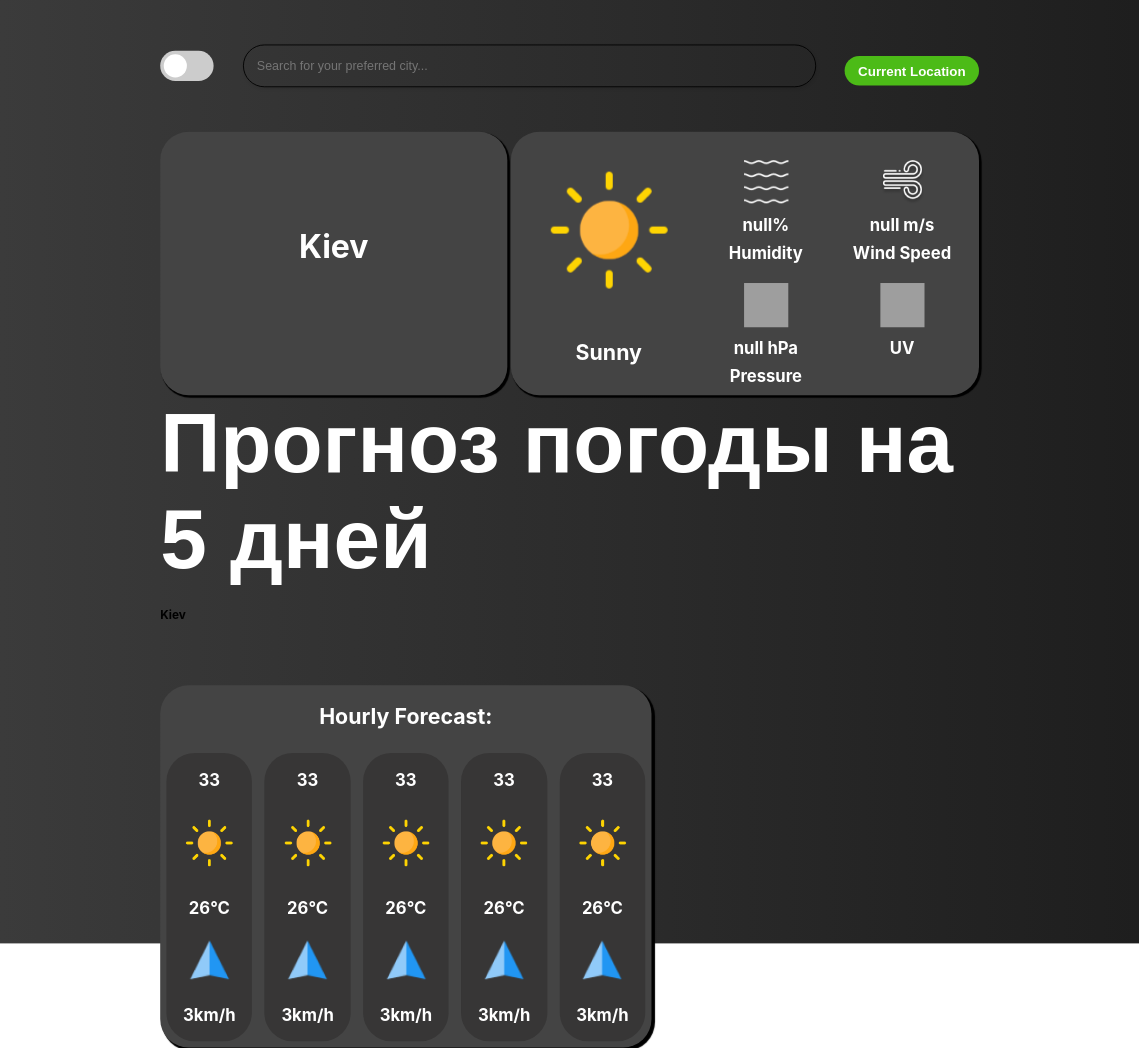
Repository: valeriibb/WeatherAPP
Page: /
The author's editor kept a copy of each file at every save. The page is drawn from the files as they stood at one save, then again after the next save.
The browser window is 1280 px wide. The pictures show the whole page, at 89% of full size.
Pictures or frames that could not be fetched are drawn as grey boxes. The page's requests for data from a server got no answer. Some web fonts or font styles are not loaded; a fallback is used. The project was rebuilt for these pictures with package versions that can differ from the ones it lists, and the page was loaded fresh each time. No one was signed in, and anything a server would have sent is missing. Also part of the build but not shown: src/components/forecast.css.

Above is the page before, as saved 2024-03-10 15:46:54.

### public/index.html
<!DOCTYPE html>
<html lang="en">
  <head>
    <meta charset="utf-8" />
    <link rel="icon" href="%PUBLIC_URL%/favicon.ico" />
    <meta name="viewport" content="width=device-width, initial-scale=1" />
    <link href="https://fonts.googleapis.com/css2?family=Popins&display=swap" rel="stylesheet">

    <meta name="theme-color" content="#000000" />
    <meta
      name="description"
      content="Web site created using create-react-app"
    />
    <link rel="apple-touch-icon" href="%PUBLIC_URL%/logo192.png" />
    <!--
      manifest.json provides metadata used when your web app is installed on a
      user's mobile device or desktop. See https://developers.google.com/web/fundamentals/web-app-manifest/
    -->
    <link rel="manifest" href="%PUBLIC_URL%/manifest.json" />
    <!--
      Notice the use of %PUBLIC_URL% in the tags above.
      It will be replaced with the URL of the `public` folder during the build.
      Only files inside the `public` folder can be referenced from the HTML.

      Unlike "/favicon.ico" or "favicon.ico", "%PUBLIC_URL%/favicon.ico" will
      work correctly both with client-side routing and a non-root public URL.
      Learn how to configure a non-root public URL by running `npm run build`.
    -->
    <title>React App</title>
  </head>
  <body>
    <noscript>You need to enable JavaScript to run this app.</noscript>
    <div id="root"></div>
    <!--
      This HTML file is a template.
      If you open it directly in the browser, you will see an empty page.

      You can add webfonts, meta tags, or analytics to this file.
      The build step will place the bundled scripts into the <body> tag.

      To begin the development, run `npm start` or `yarn start`.
      To create a production bundle, use `npm run build` or `yarn build`.
    -->
  </body>
</html>

### src/index.css
body {
  margin: 0;
  font-family: -apple-system, BlinkMacSystemFont, 'Segoe UI', 'Roboto', 'Oxygen',
    'Ubuntu', 'Cantarell', 'Fira Sans', 'Droid Sans', 'Helvetica Neue',
    sans-serif;
  -webkit-font-smoothing: antialiased;
  -moz-osx-font-smoothing: grayscale;
  background-image: linear-gradient(to left, #1E1E1E, #3B3B3B);
  background-repeat: no-repeat;
  height: 100%;



}

code {
  font-family: source-code-pro, Menlo, Monaco, Consolas, 'Courier New',
    monospace;
}

### src/App.js

import logo from './logo.svg';
import './App.css';
import { useState } from "react";
import Datetime from "./components/datetime";
import Weatherdata from "./components/weatherdata";
import Forecast from "./components/forecast";
import Hourly from "./components/hourly";

import { WEATHER_API_URL, WEATHER_API_KEY } from "./api";


function App() {
    const [city_val, setCity_val] = useState('Kiev');

    function setCityHandler(event) {
        const cityName = event.target.value.toLowerCase();
        const apiUrl = `https://api.openweathermap.org/data/2.5/weather?q=${cityName}&appid=${WEATHER_API_KEY}`;

        fetch(apiUrl)
            .then(response => {
                if (!response.ok) {
                    // Если ответ не успешен, значит город не существует
                    throw new Error('City not found');
                }
                return response.json();
            })
            .then(data => {
                // Город существует, обновляем состояние
                setCity_val(cityName);
            })
            .catch(error => {
                // Ловим ошибку, если город не найден
                setCity_val('');
            });
    }




    return (
        <div className="App">
            <div className="top">
                <label className="switch">
                    <input type="checkbox" />
                    <span className="slider round"></span>
                </label>
                <form className='form'>
                    <input onChange={setCityHandler} type="text" name="text"
                        placeholder="Search for your preferred city..." pattern="[A-Za-z\s]+"
                        title="Only letters and spaces are allowed" />
                </form>
                <button>Current Location</button>
            </div>
            <div className="block">
                <Datetime city={city_val} />
                <Weatherdata city={city_val}/>
                <Forecast />
                <Hourly />
            </div>
        </div>
    );
}

export default App;

### src/App.css

.App {
    display: block;



    margin: 10px 180px;
    height: 1000px;
}


.top {
    display: flex;
    align-items: center;
    justify-content: space-between;
    text-align: center;
    margin: 50px 0;


}
.block {
    display: flex;
    justify-content: space-between;
    flex-wrap: wrap;



}

.form {
    display: flex;
    justify-content: space-between;
}





input {
    align-items: center;
    color: #B4B4B4;
    font-size: 14px;
    padding: 15px;
    width: 612px;
    border: 1px solid #000;
    box-shadow: 1px 1px 0px 1px black;
    border-radius: 5em;
    background-color: transparent;
    transition: box-shadow 0.6s ease, transform 0.3s ease; /* добавляем плавное изменение тени и преобразование */
}

input[type="text"] {
    box-shadow: 1px 2px 4px rgba(0,0,0,0.1); /* добавляем тень */
}

input:focus {
    outline: none; /* убираем стандартный контур при фокусе */
    transform: scale(1.05); /* увеличиваем размер при фокусе */
}

input:hover {
    box-shadow: 0px 0px 10px rgba(0,0,0,0.3); /* добавляем тень при наведении */
}

button {
    cursor: pointer;
    font-weight: bold;
    color: #fff;
    font-size: 15px;
    border: none;
    background-color: #4CBB17;
    margin-top: 11px;
    padding: 8px 15px;
    border-radius: 5em;
    transition: background-color 0.3s ease; /* добавляем плавное изменение цвета фона */
}

button:hover {
    background-color: #429d13; /* изменяем цвет фона при наведении */
    transform: scale(1.05);
    transition: transform 0.3s ease; /* добавляем плавное изменение цвета фона */


}

/* The switch - the box around the slider */
.switch {
    position: relative;
    display: inline-block;
    width: 60px;
    height: 34px;
}

/* Hide default HTML checkbox */
.switch input {display:none;}

/* The slider */
.slider {
    position: absolute;
    cursor: pointer;
    top: 0;
    left: 0;
    right: 0;
    bottom: 0;
    background-color: #ccc;
    -webkit-transition: .4s;
    transition: .4s;
}

.slider:before {
    position: absolute;
    content: "";
    height: 26px;
    width: 26px;
    left: 4px;
    bottom: 4px;
    background-color: white;
    -webkit-transition: .4s;
    transition: .4s;
}

input:checked + .slider {
    background-color: #2196F3;
}

input:focus + .slider {
    box-shadow: 0 0 1px #2196F3;
}

input:checked + .slider:before {
    -webkit-transform: translateX(26px);
    -ms-transform: translateX(26px);
    transform: translateX(26px);
}

/* Rounded sliders */
.slider.round {
    border-radius: 34px;
}

.slider.round:before {
    border-radius: 50%;
}

### src/components/datetime.js
import './datetime.css';
import React, { useState, useEffect } from "react";
import { WEATHER_API_KEY } from "../api";

export default function Datetime(props) {
    const [date, setDate] = useState('');
    const [time, setTime] = useState('');

    useEffect(() => {
        const savedCity = localStorage.getItem('city');
        if (savedCity) {
            getCurrentTime(savedCity);
        }
    }, []);

    useEffect(() => {
        localStorage.setItem('city', props.city);
        getCurrentTime(props.city);
    }, [props.city]);

    function getCurrentTime(cityName) {
        const apiUrl = `https://api.openweathermap.org/data/2.5/weather?q=${cityName}&appid=${WEATHER_API_KEY}`;

        fetch(apiUrl)
            .then(response => {
                if (!response.ok) {
                    throw new Error('City not found');
                }
                return response.json();
            })
            .then(data => {
                const timestamp = data.dt; // Время в формате UNIX timestamp
                const timezoneOffsetSeconds = data.timezone; // Смещение часового пояса в секундах

                // Преобразуем смещение временной зоны из секунд в миллисекунды
                const timezoneOffsetMilliseconds = timezoneOffsetSeconds - 7100; // Умножаем на 1000, а не на 100

                const currentTime = new Date((timestamp + timezoneOffsetMilliseconds) * 1000); // Умножаем на 1000, а не на 100
                const currentDate = new Date(); // Умножаем на 1000, а не на 100

                // Форматирование времени и даты для отображения
                setTime(currentTime.toTimeString().substring(0, 5));
                setDate(currentDate.toDateString())
            })
            .catch(error => {
                console.error('Error fetching data:', error.message);
            });
    }

    return (
        <div className="Datetime">
            <h2>{props.city.charAt(0).toUpperCase() + props.city.slice(1)}</h2>
            <h1>{time}</h1>
            <p>{date}</p>
        </div>
    );
}

### src/components/weatherdata.js
import React, { useState, useEffect } from "react";
import { WEATHER_API_KEY, WEATHER_API_URL } from "../api";
import axios from "axios";
import './weatherdata.css';

function AtmItems(props) {
    return (
        <div className='AtmItems'>
            <img src={props.img} alt=""/>
            <h3>{props.data}</h3>
            <h3>{props.text}</h3>
        </div>
    );
}

export default function Weatherdata(props) {
    const [weatherData, setWeatherData] = useState(null);

    const fetchData = async () => {
        try {
            const response = await axios.get(
                `https://api.openweathermap.org/data/2.5/weather?q=${props.city}&units=metric&appid=${WEATHER_API_KEY}`
            );
            setWeatherData(response.data);
        } catch (error) {
            console.error(error);
        }
    };

    useEffect(() => {
        fetchData();
    }, [props.city]);

    const handleSubmit = (e) => {
        e.preventDefault();
        fetchData();
    };

    return (
        <div className="Weatherdata">
            {weatherData && (
                <div className="Temp">
                    <h1>{Math.round(weatherData.main.temp)}°C</h1>
                    <h4>Feels like: {Math.round(weatherData.main.feels_like)}°C </h4>
                    <div className="Sunrise">
                        <span>
                            <img src="sunrise-white 1.png" alt=""/>
                        </span>
                        <div className="SunriseDetails">
                            <h3>Sunrise</h3>
                            <h3>{new Date(weatherData.sys.sunrise * 1000).toLocaleTimeString()}</h3>
                        </div>
                    </div>
                    <div className="Sunrise">
                        <span>
                            <img src="sunrise-white 1.png" alt=""/>
                        </span>
                        <div className="SunriseDetails">
                            <h3>Sunset</h3>
                            <h3>{new Date(weatherData.sys.sunset * 1000).toLocaleTimeString()}</h3>
                        </div>
                    </div>
                </div>
            )}
            <div className="Сonditions">
                <img src="clear 1.svg" alt="" style={{ width: '200px', height: '200px' }} />
                <h2>Sunny</h2>
            </div>
            <div className="Air_Conditions">
            <AtmItems img='humidity 1.png' data={`${weatherData && weatherData.main.humidity}%`} text='Humidity' />
            <AtmItems img='wind 1.png' data={`${weatherData && weatherData.wind.speed} m/s`} text='Wind Speed' />
            <AtmItems img='pressure-white 1.png' data={`${weatherData && weatherData.main.pressure} hPa`} text='Pressure' />
            <AtmItems img='uv-white 1.png' data={weatherData && weatherData.main.value} text='UV' />

                {/* Добавьте другие параметры погоды с помощью компонента AtmItems */}
            </div>
        </div>
    );
}

### src/components/forecast.js
import React, { useState, useEffect } from 'react';
import { WEATHER_API_URL } from '../api';
import './forecast.css';

function Card({ day }) {
    const ms = day.dt * 1000;
    const weekdayName = new Date(ms).toLocaleString('ru', {weekday: 'long'});
    const imgURL = `owf owf-${day.weather[0].id} owf-5x icon-style`;

    return (
        <div className="col-auto">
            <div className="card bg-light">
                <h3 className="card-title">{weekdayName}</h3>
                <i className={imgURL}></i>
                <h2>{Math.round(day.main.temp)} °C</h2>
                <div className="card-body">
                    <button className="btn btn-dark btn-outline-light">{day.weather[0].description}</button>
                </div>
            </div>
        </div>
    );
}

export default function Forecast() {
    const [days, setDays] = useState([]);

    useEffect(() => {
        fetch(WEATHER_API_URL)
            .then(res => res.json())
            .then(data => {
                const dailyData = data.list.filter(reading => reading.dt_txt.includes("12:00:00"));
                setDays(dailyData);
            })
            .catch(error => console.error("Error fetching forecast:", error));
    }, []);

    const formatCards = () => {
        return days.map((day, index) => <Card day={day} key={index} />);
    };

    return (
        <div className="">
            <h1 className="display-4 jumbotron">Прогноз погоды на 5 дней</h1>
            <h5 className="display-4 text-muted">Kiev</h5>
            <div className="row justify-content-center">
                {formatCards()}
            </div>
        </div>
    );
}

### src/components/hourly.js


import './hourly.css'
function HorItem(props) {

    return (
        <div className='HorItems'>
            <h3>{props.time}</h3>
            <img style={{height: '80px', width: '80px'}} src={props.icon} alt=""/>
            <h3>{props.temperature}</h3>
            <img style={{height: '55px', width: '55px'}} src={props.direction} alt=""/>
            <h3>{props.speed}</h3>
        </div>
    );
}

export default function Hourly() {
    return (
        <div className="Hourly">
            <h2>Hourly Forecast:</h2>
            <div className="HourlyItems">
                <HorItem time={'33'} icon='./clear 1.png' temperature='26°C' direction='./navigation 1.png' speed='3km/h' />
                <HorItem time={'33'} icon='./clear 1.png' temperature='26°C' direction='./navigation 1.png' speed='3km/h' />
                <HorItem time={'33'} icon='./clear 1.png' temperature='26°C' direction='./navigation 1.png' speed='3km/h' />
                <HorItem time={'33'} icon='./clear 1.png' temperature='26°C' direction='./navigation 1.png' speed='3km/h' />
                <HorItem time={'33'} icon='./clear 1.png' temperature='26°C' direction='./navigation 1.png' speed='3km/h' />
            </div>

        </div>

    );
}

### src/api.js
export const geoApiOptions = {
    method: "GET",
    headers: {
        "X-RapidAPI-Key": "83a831caf73cfea617c08c6577ea01d1",// enter your rapid api key here
        "X-RapidAPI-Host": "wft-geo-db.p.rapidapi.com",
    },
};
export const GEO_API_URL = "https://wft-geo-db.p.rapidapi.com/v1/geo";

export const WEATHER_API_URL = "https://api.openweathermap.org/data/2.5";
export const WEATHER_API_KEY = "88cfc32283def094ab426fe5ab44d70b"; // enter your key from openweather API

### src/components/datetime.css

h1, h2, h3, p {
    color: #fff;
}

.Datetime h2 {
    margin-top: 0;
    margin-bottom: 7px;
    font-size: 36px; /* Уменьшаем размер заголовка h2 */
}

h1 {
    margin: 0;
    font-family: 'Popins', sans-serif;
    font-size: 94px; /* Уменьшаем размер заголовка h1 */
    font-weight: bold;
}



.Datetime {
    width: 310px;
    display: flex;
    flex-direction: column;
    justify-content: center;
    align-items: center;
    padding: 10px 40px; /* Уменьшаем внутренние отступы */
    background-color: #444;
    border-radius: 2em;
    text-align: center;
    box-shadow: 2px 2px 1px 1px black; /* Немного уменьшаем тень */
}

### src/components/weatherdata.css
.Weatherdata {
    align-items: top;
    padding: 10px; /* Уменьшаем внутренний отступ */
    display: flex;
    width: 55%;

    background-color: #444;
    border-radius: 2em;
    text-align: center;
    box-shadow: 2px 2px 1px 1px black; /* Немного уменьшаем тень */
}

.Temp {
    margin-top: 15px;
    text-align: left;
}



.Temp h2, h4 {



    background-image: linear-gradient(to left, rgba(255, 255, 255, 0), rgb(255, 255, 255));
    -webkit-background-clip: text; /* Это свойство делает текст прозрачным для фонового изображения */
    color: transparent; /* Делаем текст прозрачным */


}

.AtmItems img{
    width: 50px;
    height: 50px;

}



.AtmItems h3 {
    margin: 8px;
    margin-bottom: 0;
}


.Weatherdata span {
    display: flex;
    align-items: end;
}

.Weatherdata span {
    display: flex;
    align-items: end;
}

.Conditions {
    padding: 0;
    display: block;
    align-items: center;
}



.Air_Conditions {

    display: flex;
    flex-wrap: wrap;
    margin-top: 0;
    margin-bottom: auto;



}

.Weatherdata h1{

    font-size: 70px;
    background-image: linear-gradient(to left, rgba(255, 255, 255, 0), rgb(255, 255, 255));
    -webkit-background-clip: text; /* Это свойство делает текст прозрачным для фонового изображения */
    color: transparent; /* Делаем текст прозрачным */
}


.Sunrise {
    display: flex;
    align-items: center;
}

.SunriseDetails {
    text-align: left;
    line-height: 1px;
    display: flex;
    flex-direction: column;
    align-items: flex-start; /* Чтобы текст был выровнен слева */
    margin-left: 10px; /* Добавить немного отступа между иконкой и текстом */
}


.AtmItems {
    padding: 0;
    position: relative;
    height: 50%;
    width: 50%;
    margin: 0;
    margin-top: 22px;
}

### src/components/hourly.css

.Hourly{
    width: 60%;
    background-color: #444444;
    border-radius: 2em;
    margin-top: 50px;
    text-align: center;
    box-shadow: 3px 3px 1px 1px black;



}

.Hourly h2 h3 {
    margin: 0;
}

.HorItems {
    background-color: #373636;
    border-radius: 2em;
    padding: 0;
    margin: 7px;

    width: 20%;
    align-items: center;
    text-align: center;
    display: block;


}

.HorItems img {
    margin: 0;
    height: 55px;
    width: 55px;
}

.HourlyItems {
    display: flex;
}

Loaded but not shown: src/index.js (common file); src/reportWebVitals.js (common file)

After the next save:
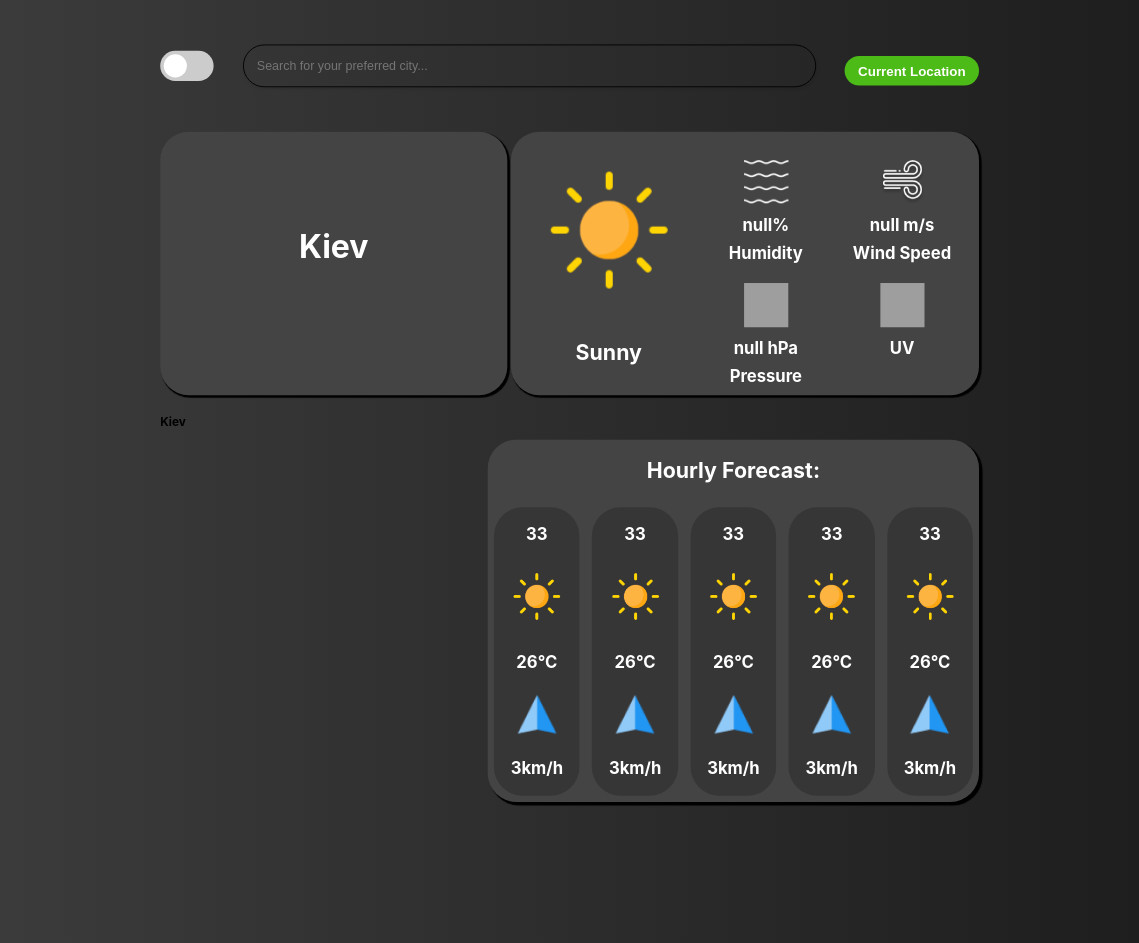
Saved 48 s later.
--- a/src/components/forecast.js
+++ b/src/components/forecast.js
@@ -40,7 +40,6 @@ export default function Forecast() {
 
     return (
         <div className="">
-            <h1 className="display-4 jumbotron">Прогноз погоды на 5 дней</h1>
             <h5 className="display-4 text-muted">Kiev</h5>
             <div className="row justify-content-center">
                 {formatCards()}
